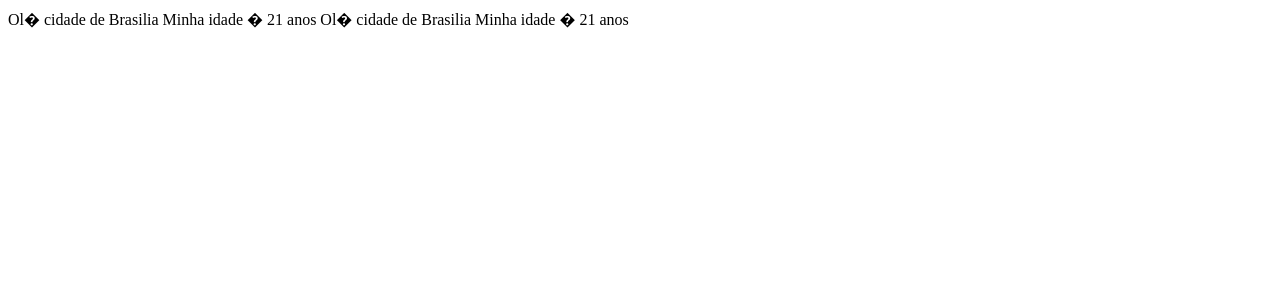
Repository: jpaulopd/PHP
Page: http://localhost/strings.php
An editor plug-in stored every save of this project. The page is shown before and after the next save, followed by the edit.
The browser window is 1280 px wide. The pictures show the whole page.
The page is run by PHP 8.4 with error messages shown; the project is at /var/www/html/.

Above is the page before, as saved 2019-05-22 12:58:01.

### eclipsePhp-workspace/php-primeiros-passos/strings.php
<?php

$cidade = "Brasilia";
$idade = 21;

echo 'Olá cidade de ' . $cidade;

echo "\n";

echo "Minha idade é $idade anos \n" ;

echo PHP_EOL;

echo 'Olá cidade de ' . $cidade . PHP_EOL;

echo "Minha idade é $idade anos \n" ;

After the next save:
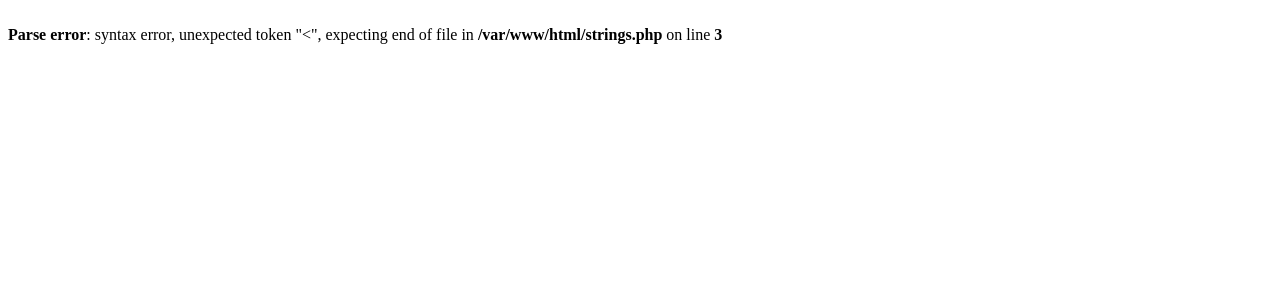
Saved 3 min 58 s later.
--- a/eclipsePhp-workspace/php-primeiros-passos/strings.php
+++ b/eclipsePhp-workspace/php-primeiros-passos/strings.php
@@ -1,16 +1,14 @@
 <?php
 
-$cidade = "Brasilia";
-$idade = 21;
+<?php
 
-echo 'Olá cidade de ' . $cidade;
+$idade = 16;
 
-echo "\n";
+echo "Olá mundo!" . PHP_EOL;
+echo "Eu tenho \"$idade\" anos";
 
-echo "Minha idade é $idade anos \n" ;
+echo PHP_EOL . PHP_EOL;
 
-echo PHP_EOL;
+echo "Você só pode entrar, se tiver mais de 18 anos\n";
 
-echo 'Olá cidade de ' . $cidade . PHP_EOL;
-
-echo "Minha idade é $idade anos \n" ;
+echo "Você tem $idade anos. Pode entrar";
